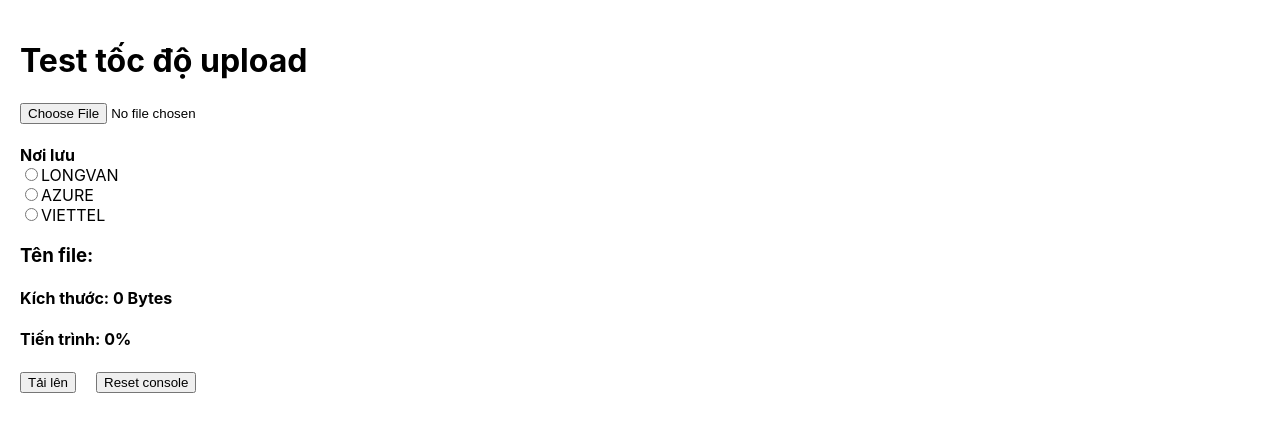
Repository: duc30012001/viettel-test-upload
Page: /
These files come from the project's save history. The page is drawn as it stood at one moment and after the next save; the edit follows.
The browser window is 1280 px wide. The pictures show the whole page.
The project was rebuilt for these pictures with package versions that can differ from the ones it lists, and the page was loaded fresh each time. Imported but missing from the stored project, and not drawn on this page: src/reportWebVitals.

Above is the page before, as saved 2023-03-16 12:53:59.

After the next save:
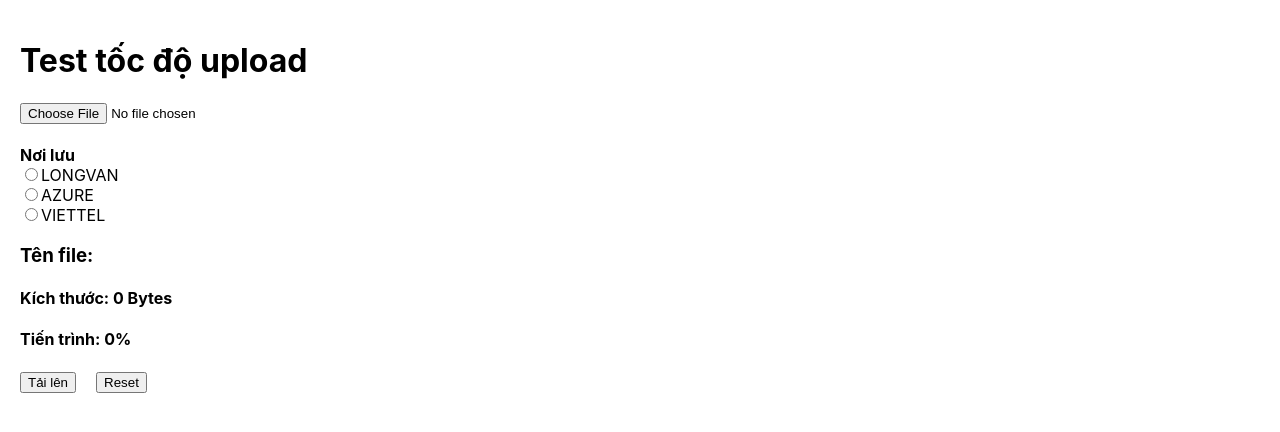
Saved 11 s later.
--- a/src/App.jsx
+++ b/src/App.jsx
@@ -81,7 +81,7 @@
       <h4>Tiến trình: {progress}%</h4>
       <button onClick={handleUpload}>Tải lên</button>
       <button style={{ marginLeft: "20px" }} onClick={handleResetConsole}>
-        Reset console
+        Reset
       </button>
     </div>
   );

After the save that followed:
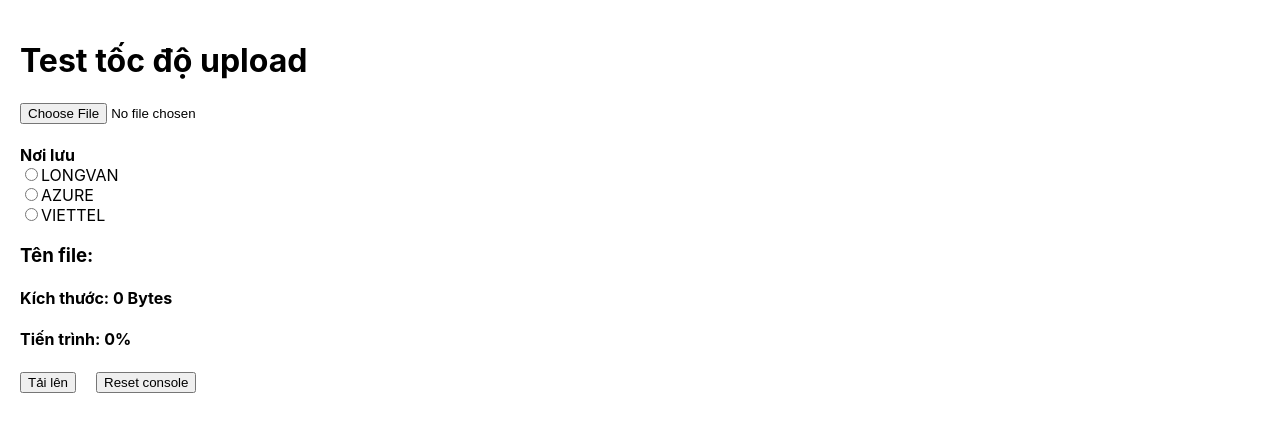
Saved 95 s later.
--- a/src/App.jsx
+++ b/src/App.jsx
@@ -49,7 +49,6 @@
     console.log(
       "-----------------------------------------------------------------------------------",
     );
-    fileInput.current.files = [];
     setFile({});
     handleChangeProgress(0);
   };
@@ -81,7 +80,7 @@
       <h4>Tiến trình: {progress}%</h4>
       <button onClick={handleUpload}>Tải lên</button>
       <button style={{ marginLeft: "20px" }} onClick={handleResetConsole}>
-        Reset
+        Reset console
       </button>
     </div>
   );
